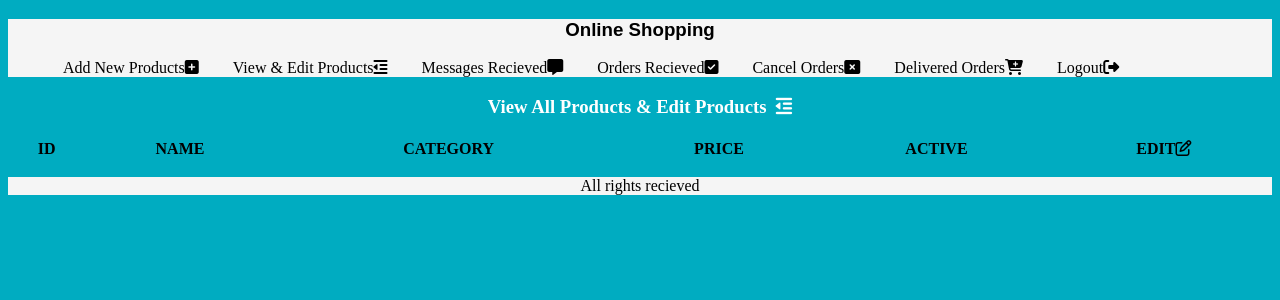
Repository: NidhiDaniel/E-Cart
Page: http://localhost/Online-Shopping-Cart/admin/product-view.jsp
The author's editor kept a copy of each file at every save. The page is drawn from the files as they stood at one save, then again after the next save.
The browser window is 1280 px wide. The pictures show the whole page.
Some web libraries are served in a nearby version. The page is served by Tomcat 9. Queries for data that is not in the repository find no rows.

Above is the page before, as saved 2024-01-06 05:11:55.

After the next save:
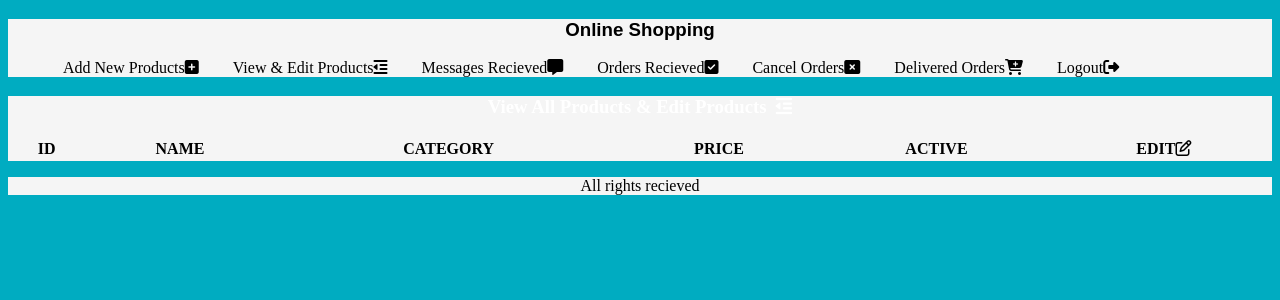
Saved 2 min 12 s later.
--- a/Online-Shopping-Cart/src/main/webapp/css/admin-product.css
+++ b/Online-Shopping-Cart/src/main/webapp/css/admin-product.css
@@ -22,8 +22,8 @@
 	font-size: 20px;
 	font-weight: 600;
 }
-.product-container h3{
-	color: white;
+.product-container {
+	background: #f5f5f5
 }
 .product-container table{
 	width: 100%;
